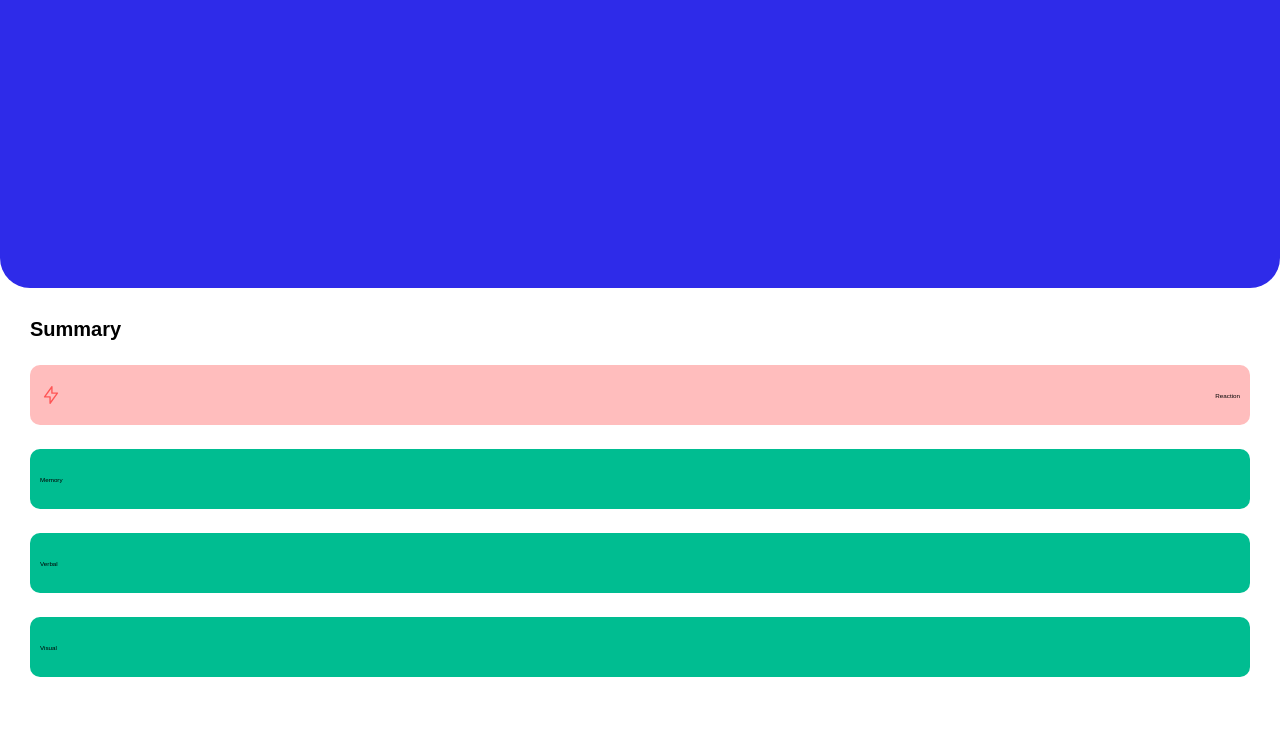
Repository: limaneto/frontend-mentor-results-summary
Page: index.html
The author's editor kept a copy of each file at every save. The page is drawn from the files as they stood at one save, then again after the next save.
The browser window is 1280 px wide. The pictures show the whole page.

Above is the page before, as saved 2023-11-06 01:33:44.

### index.html
<!DOCTYPE html>
<html lang="en">
  <head>
    <meta charset="UTF-8">
    <meta name="viewport" content="width=device-width, initial-scale=1.0">
    <link rel="stylesheet" href="style.css">
  </head>
  <body>
    <main>
      <section id='result'></section>
      <summary>
        <h2>Summary</h2>
        <ul>
          <li id='reaction'>
            <img id='icons' src="./assets/images/icon-reaction.svg" alt="Lightning">
            Reaction
          </li>
          <li>Memory</li>
          <li>Verbal</li>
          <li>Visual</li>
        </ul>
      </summary>
    </main>
  </body>
</html>

### style.css
:root {
  --red: #ff5959;
  --orangey:	#ffb01f;
  --green: #00bd91;
  --blue: #1125d4;
  --pale-blue: rgb(235, 241, 255);
  --white: rgb(255, 255, 255);
  --dark-gray-blue: #303b5a;
  --lavender: #c8c7ff;
  --g-slate-blue: #7857ff;
  --g-royal-blue: #2e2be9;
  --g-violet-blue: #4e21ca;
  --g-persian-blue: #2421ca;
}

@font-face {
  font-family: 'HankenGrotesk', sans-serif;
  src: url(./assets/fonts//HankenGrotesk-VariableFont_wght.ttf);
}

* {
  box-sizing: border-box;
  margin: 0;
  padding: 0;
}

html, body {
  font-size: 62.5%;
  font-family: 'HankenGrotesk', sans-serif;
  height: 100vh;
  width: 100vw;
}

li {
  display: block;
}

main {
  height: 100%;
  width: 100%;
}

section {
  height: 40%;
  background-color: var(--g-royal-blue);
  border-bottom-left-radius: 30px;
  border-bottom-right-radius: 30px;
}

summary {
  padding: 30px;
}

summary > h2 {
  font-size: 2rem;
}

summary > ul > li {
  display: flex;
  align-items: center;
  justify-content: space-between;
  width: 100%;
  height: 60px;
  padding: 0 10px;
  border-radius: 10px;
  background-color: #00bd91;
  margin: 24px 0;
}

#reaction {
  background-color: hsl(0, 100%, 87%);
}

#icons {
  height: 2.2rem;
}

After the next save:
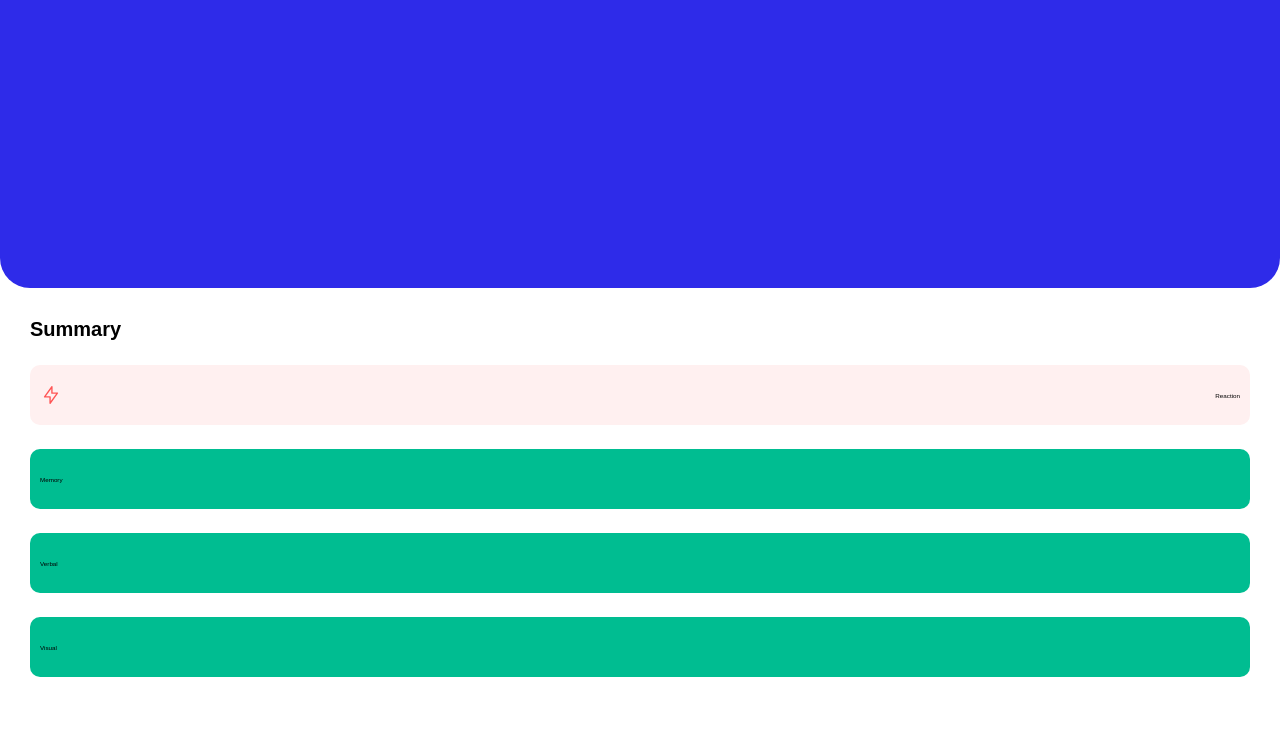
Saved 7 s later.
--- a/style.css
+++ b/style.css
@@ -68,7 +68,7 @@ summary > ul > li {
 }
 
 #reaction {
-  background-color: hsl(0, 100%, 87%);
+  background-color: hsl(0, 100%, 97%);
 }
 
 #icons {
